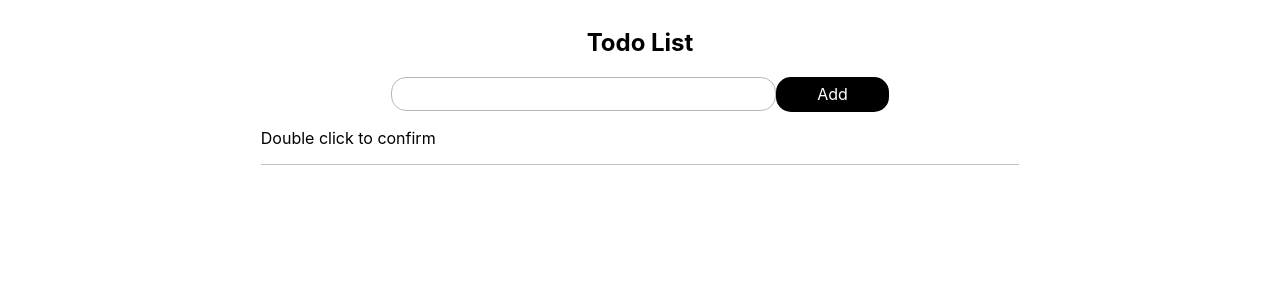
Repository: irenewuu/comp4130_checklist
Page: index.html
The author's editor kept a copy of each file at every save. The page is drawn from the files as they stood at one save, then again after the next save.
The browser window is 1280 px wide. The pictures show the whole page.

Above is the page before, as saved 2022-01-12 15:20:58.

### index.html
<!DOCTYPE html>
<html lang="en">
  <head>
    <meta charset="UTF-8">
    <meta name="viewport" content="width=device-width, initial-scale=1.0">
    <link rel="stylesheet" href="style.css">
    <script src="index.js"></script>
    <title>Comp4130_Checklist</title>
  </head>
  <body>
    <div class="main">
      <!-- title area -->
      <div class="title">
      <h2>Todo List</h2>
      </div>
      <!-- input area -->
      <form class="input">
        <input type="text" class="text" id="myInput" onkeyup="13" >
        <span class="btn" onclick="newElement()">Add</span>
      </form>
      <!-- homework checklist -->
      <div class="sortbox">
        <!-- <h4>Sort</h4>
        <img src="image/Iconly/Bold/sort.svg"> -->
        <p>Double click to confirm</p>
      </div>
      <ul id="NewList">

      </ul>
    </div>
  </body>
</html>

### style.css
.main {
  width: 100%;
  height: 100%;
  display: flex;
  flex-direction: column;
  justify-content: center;
  align-items: center;
  font-family: -apple-system, BlinkMacSystemFont, "Segoe UI", Roboto;
}
form > span {
  width: 60%;
  display: flex;
  justify-content: center;
  background: #000000;
  color: #fff;
  justify-content: center;
  align-items: center;
}
.input {
  width: 60%;
  display: flex;
  justify-content: center;
}
.text {
  width: 50%;
  height: 30px;
  border-radius: 15px;
  border: 1px solid rgb(182, 182, 182);
}
.btn {
  width: 15%;
  height: 35px;
  border-radius: 15px;
}
.sortbox {
  width: 60%;
  display: flex;
  flex-direction: row;
  border-bottom: 1px solid #c2c2c2;
}
.sortbox > img {
  margin: 10px;
}
ul {
  width: 60%;
  justify-content: center;
  margin: 0;
  padding: 0;
}
/* Style the list items */
ul li {
  cursor: pointer;
  position: relative;
  padding: 12px 8px 12px 40px;
  list-style-type: none;
  border-bottom: 1px solid #c2c2c2;
  font-size: 18px;
  transition: 0.2s;

  /* make the list items unselectable */
  -webkit-user-select: none;
  -moz-user-select: none;
  -ms-user-select: none;
  user-select: none;
}

ul li span {
  position: relative;
  right: 10px;
}

/* hover */
ul li:hover {
  background: #ddd;
}

/* When clicked on, add a background color and strike out text */
ul li.checked {
  background: #888;
  color: #fff;
  text-decoration: line-through;
}
/* Add a "checked" mark when clicked on */
ul li.checked::before {
  content: "";
  position: absolute;
  border-color: #fff;
  border-style: solid;
  border-width: 0 2px 2px 0;
  top: 10px;
  left: 16px;
  transform: rotate(45deg);
  height: 15px;
  width: 7px;
}
/* Style the close button */
.close {
  position: absolute;
  right: 0;
  top: 0;
  padding: 12px 16px 12px 16px;
}

.close:hover {
  background-color: #f72585;
}

@media only screen and (max-width: 600px) {
  .input {
    width: 60%;
    display: flex;
    justify-content: center;
  }
  .text {
    width: 65%;
    height: 20px;
  }
  .btn {
    width: 30%;
    height: 26px;
  }
}

### index.js
let data = [];

// // Create a "close" button and append it to each list item
var listItem = document.getElementsByTagName("li");

// Create a new list item when clicking on the "Add" button
function newElement() {
  console.log(data)
  var li = document.createElement("li");
  // li.className = "unchecked";
  var inputValue = document.getElementById("myInput").value;

  //putting input value in list
  var spanText = document.createTextNode(inputValue);
  var span = document.createElement("span");
  span.appendChild(spanText);
  li.appendChild(span);


  // delete img
  var bin = document.createElement("img");
  bin.src = "image/iconly/bold/delete.svg";
  bin.className = "close";
  li.appendChild(bin);

  if (inputValue === '') {
    alert("You must write something!");
    data.push()
  } else {
    document.getElementById("NewList").appendChild(li);
  }

  document.getElementById("myInput").value = "";

  // Click on a close button to hide the current list item
  // push object in array
  data.push({ value: inputValue })
  console.log(data)

  // Add a "checked" symbol when clicking on a list item
  // var list = document.querySelector('ul');
  // list.addEventListener('click', function(ev) {
  //   if (ev.target.tagName === 'LI') {
  //     // ev.target.tagName.className = "checked";
  //     ev.target.classList.toggle('checked');
  //   }
  // }, false);

  var close = document.getElementsByClassName("close");

    for (var i = 0; i < close.length; i++) {
      close[i].onclick = function () {

        data.splice(data[i], 1);
        console.log(data)

        // delete the item onclick
        var div = this.parentElement;
        div.remove(0,-1);
      }
    }


    for (var i = 0; i < listItem.length; i++) {
      listItem[i].onclick = function () {
       // Add a "checked" symbol when clicking on a list item
        var list = document.querySelector('ul');
        list.addEventListener('click', function(ev) {
        if (ev.target.tagName === 'LI') {
          ev.target.classList.toggle('checked');

        }

  }, false);
      }
    }
}

After the next save:
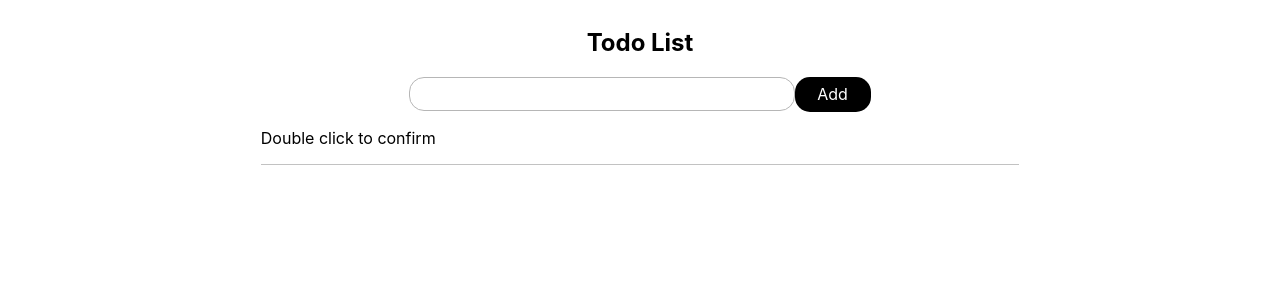
Saved 7 s later.
--- a/style.css
+++ b/style.css
@@ -28,7 +28,7 @@ form > span {
   border: 1px solid rgb(182, 182, 182);
 }
 .btn {
-  width: 15%;
+  width: 10%;
   height: 35px;
   border-radius: 15px;
 }
